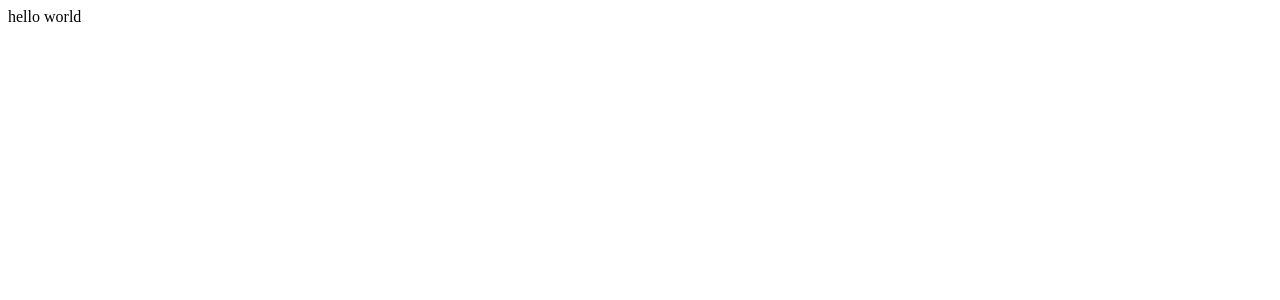
Repository: Jooheehan-kopo/web-workspace
Page: Lecture-web/WebContent/javascript/object/exam11.html
These files come from the project's save history. The page is drawn as it stood at one moment and after the next save; the edit follows.
The browser window is 1280 px wide. The pictures show the whole page.

Above is the page before, as saved 2021-06-15 02:10:35.
Console error: ReferenceError: red is not defined

After the next save:
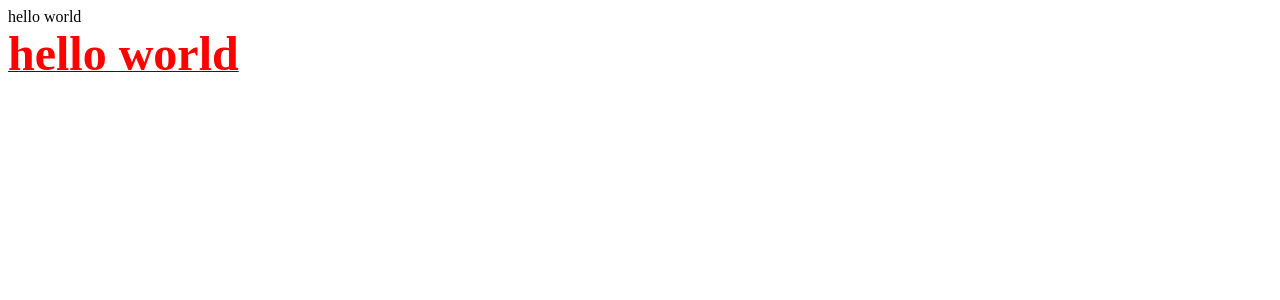
The error is gone.
Saved 20 s later.
--- a/Lecture-web/WebContent/javascript/object/exam11.html
+++ b/Lecture-web/WebContent/javascript/object/exam11.html
@@ -9,7 +9,7 @@
 	document.write(str2 +'<br>')
 
 	String.prototype.changeStr =function(){
-		return this.bold().fontcolor(red).fontsize('20pt'.link('http://naver.com'))// 내자신을 리턴. css 와 관련이 있음.
+		return this.bold().fontcolor('red').fontsize('20pt').link('http://naver.com')// 내자신을 리턴. css 와 관련이 있음.
 
 	}
 	document.write(str2.changeStr() +'<br>')
